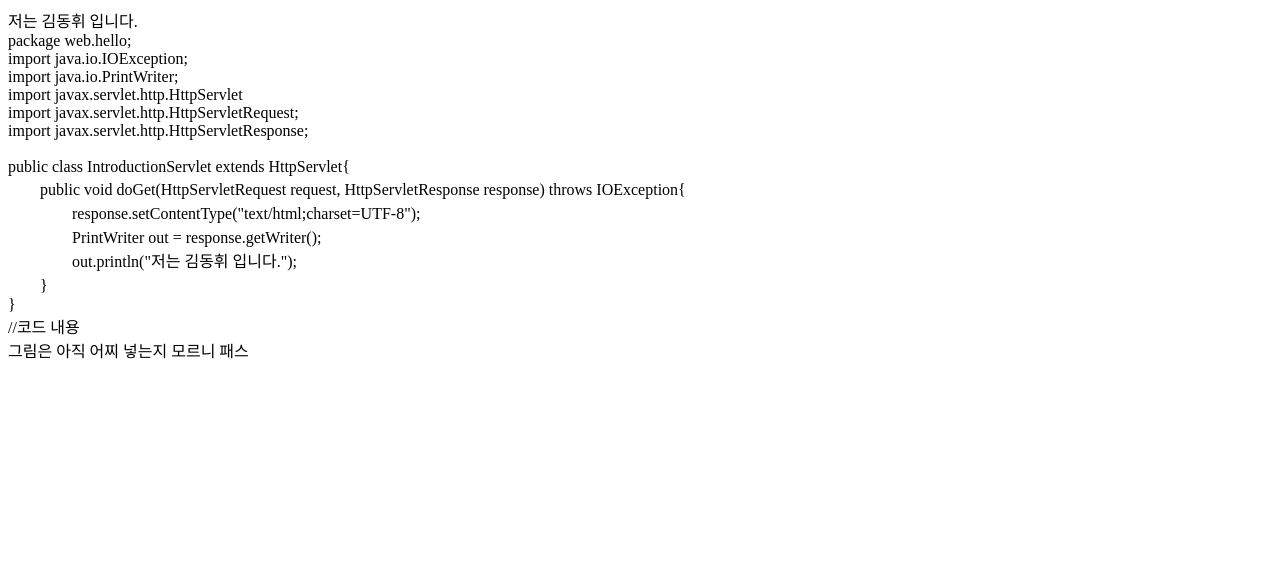
Repository: fellownew/web_workspace
Page: http://localhost/HelloworldWeb/introductionServlet
These files come from the project's save history. The page is drawn as it stood at one moment and after the next save; the edit follows.
The browser window is 1280 px wide. The pictures show the whole page.
The page is served by Tomcat 9. Other server files are loaded and not shown.

Above is the page before, as saved 2015-03-12 08:28:31.

### HelloworldWeb/src/web/hello/IntroductionServlet.java
package web.hello;

import java.io.IOException;
import java.io.PrintWriter;

import javax.servlet.http.HttpServlet;
import javax.servlet.http.HttpServletRequest;
import javax.servlet.http.HttpServletResponse;

public class IntroductionServlet extends HttpServlet{

	public void doGet(HttpServletRequest request, HttpServletResponse response) throws IOException{
		response.setContentType("text/html;charset=UTF-8");
		PrintWriter out = response.getWriter(); //response에서 Writer를 불러와 PrintWriter를 만듬.
		out.println("저는 김동휘 입니다.<br/>");
		out.println("package web.hello;<br/>"
				+ "import java.io.IOException;<br/>"
				+ "import java.io.PrintWriter;<br/>"
				+ "import javax.servlet.http.HttpServlet<br/>"
				+ "import javax.servlet.http.HttpServletRequest;<br/>"
				+ "import javax.servlet.http.HttpServletResponse;<br/><br/>"
				+ "public class IntroductionServlet extends HttpServlet{<br/>"
				+ "　　public void doGet(HttpServletRequest request, HttpServletResponse response) throws IOException{<br/>"
				+ "　　　　response.setContentType(\"text/html;charset=UTF-8\");<br/>"
				+ "　　　　PrintWriter out = response.getWriter();<br/>"
				+ "　　　　out.println(\"저는 김동휘 입니다.\");<br/>"
				+ "　　}<br/>"
				+ "}<br/>"
				+ "//코드 내용<br/>");
		out.print("그림은 아직 어찌 넣는지 모르니 패스");
	}

}

After the next save:
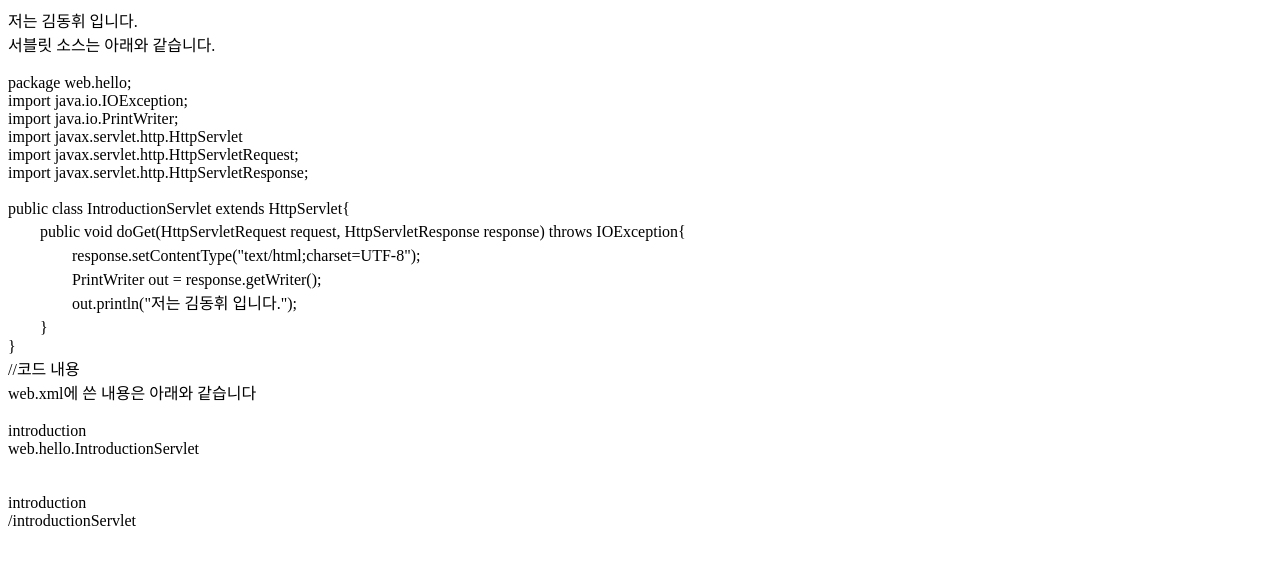
Saved 3 min 22 s later.
--- a/HelloworldWeb/src/web/hello/IntroductionServlet.java
+++ b/HelloworldWeb/src/web/hello/IntroductionServlet.java
@@ -12,7 +12,7 @@ public class IntroductionServlet extends HttpServlet{
 	public void doGet(HttpServletRequest request, HttpServletResponse response) throws IOException{
 		response.setContentType("text/html;charset=UTF-8");
 		PrintWriter out = response.getWriter(); //response에서 Writer를 불러와 PrintWriter를 만듬.
-		out.println("저는 김동휘 입니다.<br/>");
+		out.println("저는 김동휘 입니다.<br/> 서블릿 소스는 아래와 같습니다.<br/><br/>");
 		out.println("package web.hello;<br/>"
 				+ "import java.io.IOException;<br/>"
 				+ "import java.io.PrintWriter;<br/>"
@@ -27,7 +27,15 @@ public class IntroductionServlet extends HttpServlet{
 				+ "　　}<br/>"
 				+ "}<br/>"
 				+ "//코드 내용<br/>");
-		out.print("그림은 아직 어찌 넣는지 모르니 패스");
+		out.println("web.xml에 쓴 내용은 아래와 같습니다 <br/>");
+		out.println("  <servlet><br/>"
+				+ "<servlet-name>introduction</servlet-name><br/>"
+				+ "<servlet-class>web.hello.IntroductionServlet</servlet-class><br/>"
+				+ "</servlet><br/>"
+				+ "<servlet-mapping><br/>"
+				+ "<servlet-name>introduction</servlet-name><br/>"
+				+ "<url-pattern>/introductionServlet</url-pattern><br/>"
+				+ "</servlet-mapping><br/>");
 	}
 
 }
